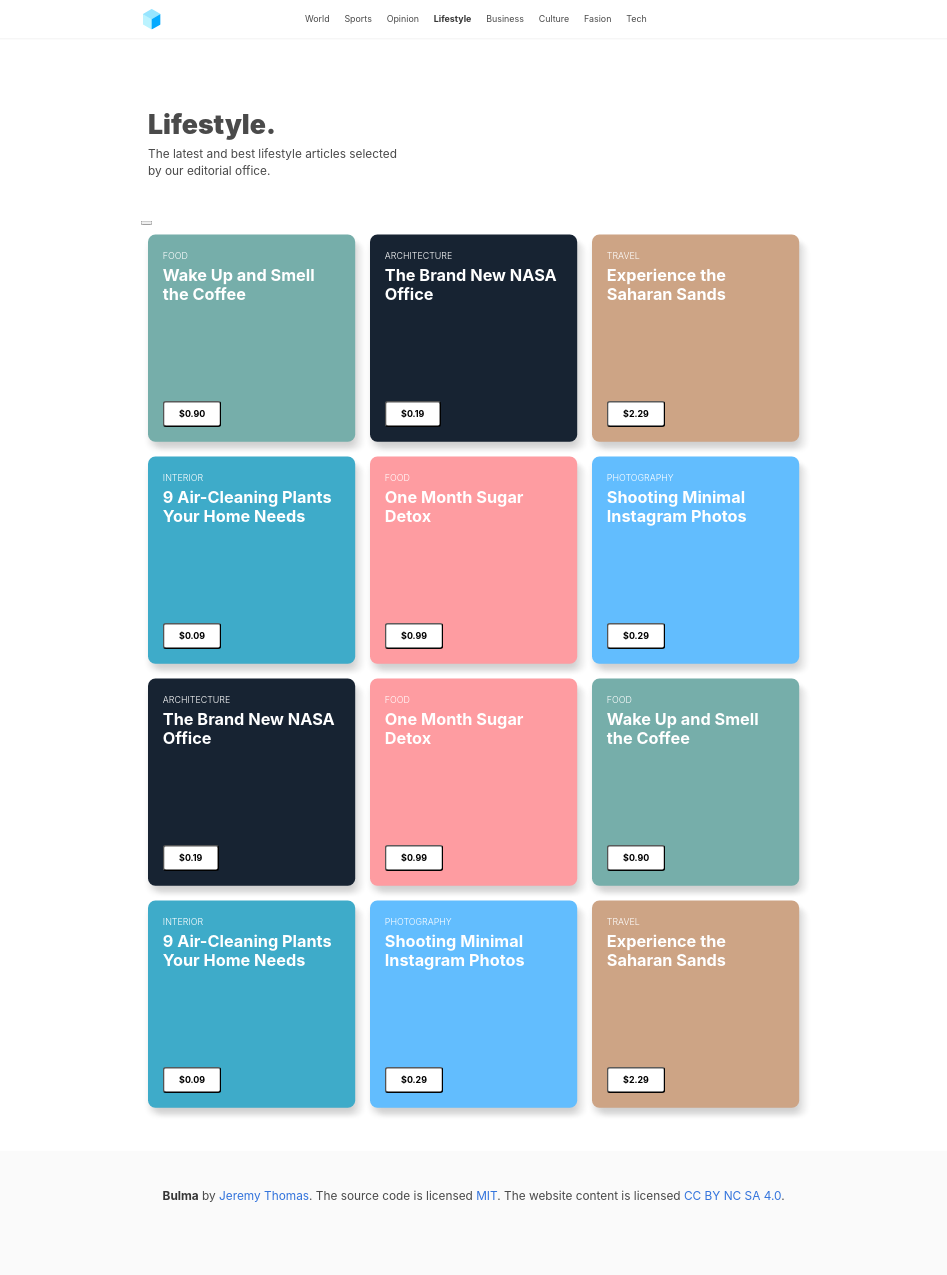
Repository: DOODpls/js_ass1
Page: index.html
These files come from the project's save history. The page is drawn as it stood at one moment and after the next save; the edit follows.
The browser window is 1280 px wide. The pictures show the whole page, at 74% of full size.
After loading, the first visible `#butt1` was clicked once.

Above is the page before, as saved 2019-11-22 19:21:33.

### index.html
<!DOCTYPE html>
<html>
<head>
    <title></title>
    <link rel="stylesheet" href="https://cdnjs.cloudflare.com/ajax/libs/bulma/0.7.5/css/bulma.min.css" integrity="sha256-vK3UTo/8wHbaUn+dTQD0X6dzidqc5l7gczvH+Bnowwk=" crossorigin="anonymous" />
    <link rel="stylesheet" type="text/css" href="./styles.css">
</head>
<body>

    <nav class="navbar">
        <div class="container">
            <div class="logo"></div>
            <ul>
                <li>World</li>
                <li>Sports</li>
                <li>Opinion</li>
                <li><strong>Lifestyle</strong></li>
                <li>Business</li>
                <li>Culture</li>
                <li>Fasion</li>
                <li>Tech</li>
            </ul>
            <span class="icon">
              <i class="ion-ionic" style='color: black; background: black;'></i>
            </span>
        </div>
    </nav>

    <section class="section">
        <div class="container">
            <div style='margin: 40px 10px 40px'>
                <h1>Lifestyle.</h1>
                <p>The latest and best lifestyle articles selected<br/>
                    by our editorial office.
                </p>
            </div>
        </div>
        <div class="container">
            <div class='card-row' id='content'></div>
        </div>
    </section>

    <footer class="footer">
        <div class="content has-text-centered">
            <p>
                <strong>Bulma</strong> by <a href="https://jgthms.com">Jeremy Thomas</a>. The source code is licensed
                <a href="http://opensource.org/licenses/mit-license.php">MIT</a>. The website content
                is licensed <a href="http://creativecommons.org/licenses/by-nc-sa/4.0/">CC BY NC SA 4.0</a>.
            </p>
        </div>
    </footer>

    <script type="text/javascript" src='./app.js'></script>
</body>
</html>

### styles.css
/* - - - - - - - - - - - - - - - - - - - - - - - - - - - - - -
GENERAL
- - - - - - - - - - - - - - - - - - - - - - - - - - - - - - */
h1 {
    font-size: 36px;
    font-weight: 900;
}

.container {
    max-width: 900px;
}

/* - - - - - - - - - - - - - - - - - - - - - - - - - - - - - -
NAV
- - - - - - - - - - - - - - - - - - - - - - - - - - - - - - */
nav {
    border-bottom: 1px solid #ededed;
}

.navbar > .container {
    display: flex;
    align-items: center;
    justify-content: space-between;
}

nav .container ul {
    display: flex;
}

nav .container ul li {
    margin: 0 10px;
    font-size: 12px;
}

.logo {
    background: url('./img/logo.svg');
    background-size: 24px;
    background-position: center;
    background-repeat: no-repeat;

    height: 30px;
    width: 30px;
}

@media (max-width: 600px) {
    nav .container {
        padding: 0 30px;
    }

    nav .container ul {
        display: none;
    }
}

/* TILES */
.card-row {
    display: flex;
    flex-wrap: wrap;
}

.card {
    height: 280px;
    border-radius: 10px;
    background: rgba(23, 35, 50, 1);
    flex: 1 230px;
    margin: 10px;
    padding: 20px;
    position: relative;
    box-shadow: 2px 8px 9px 0px rgba(0, 0, 0, 0.14),
        11px 11px 6px rgba(0, 0, 0, 0.05);
}

.card .buy-button {
    position: absolute;
    bottom: 20px;
    left: 20px;
    background: white;
    color: black;
    border-radius: 4px;
    padding: 8px 20px;
    font-size: 12px;
    font-weight: 700;
}

.card .topic {
    color: white;
    font-weight: 300;
    font-size: 12px;
    text-transform: uppercase;
    margin-bottom: 5px;
}
.card .title {
    color: white;
    font-weight: 700;
    font-size: 22px;
}

### app.js
const green = 'rgba(118,174, 170, 1)'
const black = 'rgba(23,35, 50, 1)'
const brown = 'rgba(205,164, 133, 1)'
const greenblue = 'rgba(62,171, 201, 1)'
const pink = 'rgba(254,156, 161, 1)'
const blue = 'rgba(98,189, 254, 1)'

const data = [
    {
        topic: 'Food',
        title: 'Wake Up and Smell the Coffee',
        price: '$0.90',
        color: green
    },
    {
        topic: 'Architecture',
        title: 'The Brand New NASA Office',
        price: '$0.19',
        color: black
    },
    {
        topic: 'Travel',
        title: 'Experience the Saharan Sands',
        price: '$2.29',
        color: brown
    },
    {
        topic: 'Interior',
        title: '9 Air-Cleaning Plants Your Home Needs',
        price: '$0.09',
        color: greenblue
    },
    {
        topic: 'Food',
        title: 'One Month Sugar Detox',
        price: '$0.99',
        color: pink
    },
    {
        topic: 'Photography',
        title: 'Shooting Minimal Instagram Photos',
        price: '$0.29',
        color: blue
    }
]

// Instructions
// Take the data above and display it as tiles on the page


    // for(i=0; i<data.length; i++){
    //     let heig
    //     if(i % 2 == 0){
    //         heig = '500px'
    //     }

    //     const tilers = document.querySelector('#content')
    //     const divr = document.createElement('div')
    //     divr.className= 'card'
    //     divr.style.backgroundColor = data[i].color
    //     divr.style.flex = heig
    //     divr.id = 'divtile'+ i
    //     tilers.appendChild(divr)

    //     const p1 = document.querySelector('#divtile'+i)
    //     const pr1 = document.createElement('p')
    //     pr1.textContent = data[i].topic
    //     pr1.className= 'topic'
    //     p1.appendChild(pr1)

    //     const p2 = document.querySelector('#divtile'+i)
    //     const pr2 = document.createElement('p')
    //     pr2.textContent = data[i].title
    //     pr2.className= 'title'
    //     p2.appendChild(pr2)

    //     const btn1 = document.querySelector('#divtile'+i)
    //     const btr2 = document.createElement('button')
    //     btr2.textContent = data[i].price
    //     btr2.className= 'buy-button'
    //     btn1.appendChild(btr2)
    // }

    function looop(){
      data.forEach(function(item)
    {
        const tilers = document.querySelector('#content')
        const divr = document.createElement('div')
        divr.className = 'card'
        divr.style.backgroundColor = item.color
        tilers.appendChild(divr)

        const pr1 = document.createElement('p')
        pr1.textContent = item.topic
        pr1.className= 'topic'
        divr.appendChild(pr1)

        const pr2 = document.createElement('p')
        pr2.textContent = item.title
        pr2.className= 'title'
        divr.appendChild(pr2)

        const btr2 = document.createElement('button')
        btr2.textContent = item.price
        btr2.className= 'buy-button'
        divr.appendChild(btr2)
    })
    }
    looop();

    // tried to do sort, but i suck
    const button1 = document.querySelector('body section .container')
    const btn1 = document.createElement('button')
    btn1.className= 'buy-button'
    btn1.id = "butt1"
    button1.appendChild(btn1)

    function sort1(){
        data.sort((a, b) => (a.topic > b.topic) ? 1 : -1)
    }

    const button2 = document.querySelector('#butt1')
    button2.addEventListener('click', function(event) {
        sort1();
        looop();
    })

    //this one also works lolllll
    // data.forEach(function(items)
    // {
    // //   document.getElementById('content').innerHTML += '<div class="card" style="background-color:'+items.color+'"><p class="topic">'+items.topic+'</p><p class="title">'+items.title+'</p><button class="buy-button">'+items.price+'</button></div>';
    // })

After the next save:
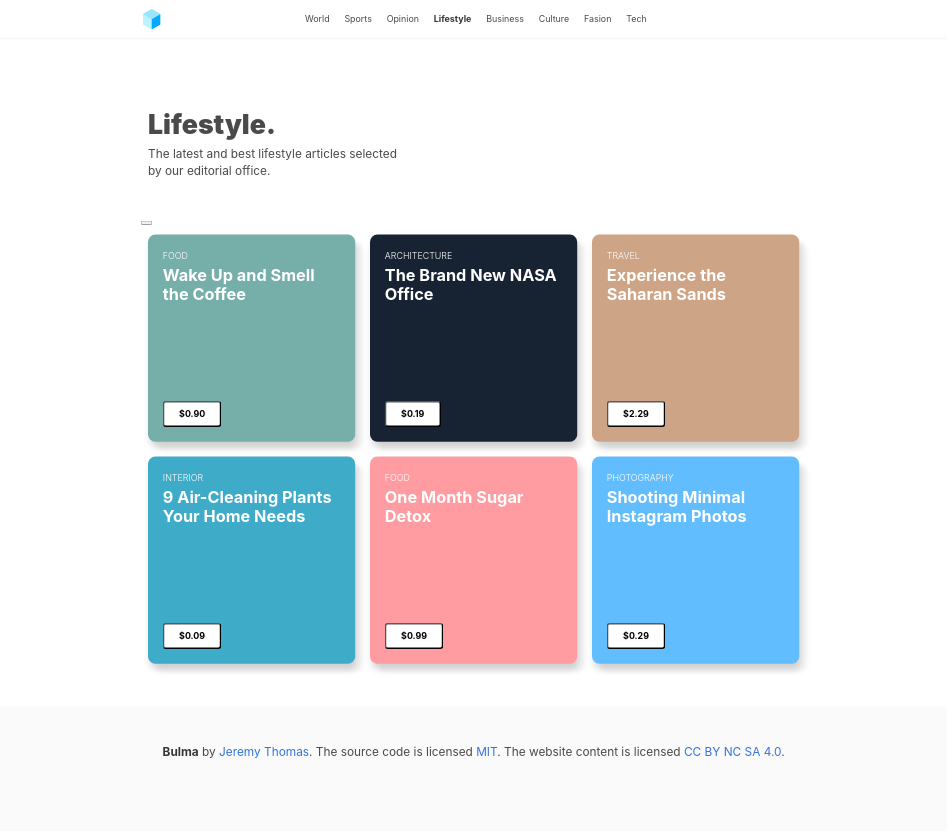
Console error (its wording comes from the project's code and is left out).
Saved 30 s later.
--- a/app.js
+++ b/app.js
@@ -121,7 +121,9 @@
 
     const button2 = document.querySelector('#butt1')
     button2.addEventListener('click', function(event) {
+      const tilers = document.querySelector('#content')
         sort1();
+        tilers.removeChild();
         looop();
     })
 

After the 2 saves that followed:
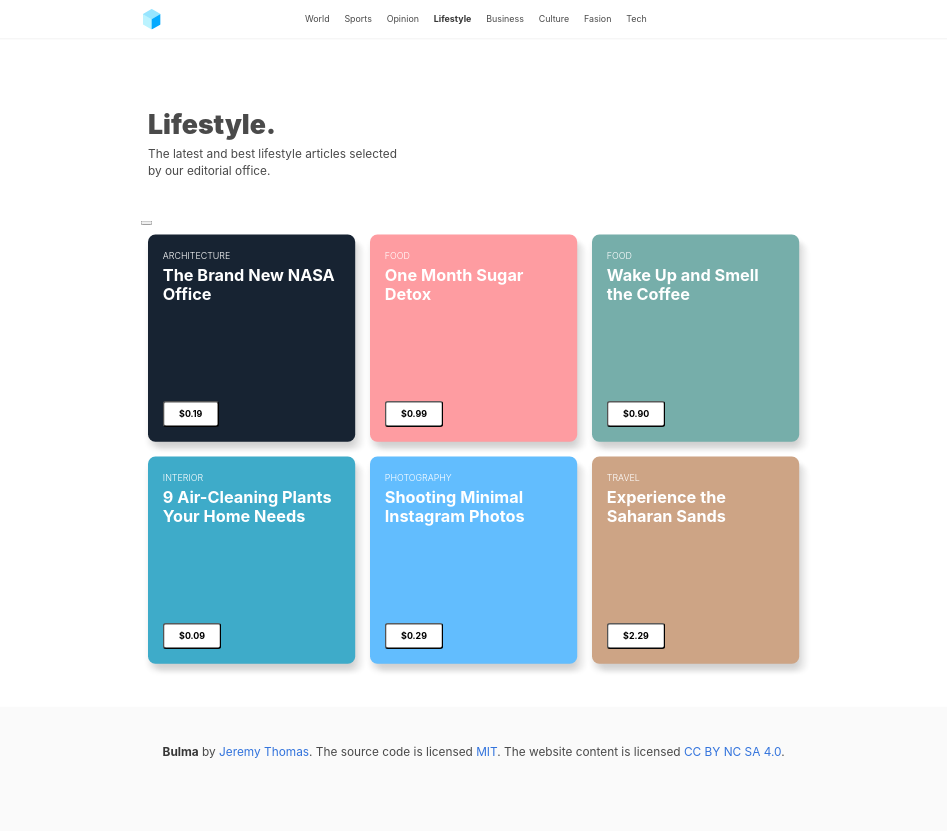
The error is gone.
The 2 saves are shown as one change because 1 left the picture as it was.
The last was saved 111 s later.
--- a/app.js
+++ b/app.js
@@ -123,7 +123,7 @@
     button2.addEventListener('click', function(event) {
       const tilers = document.querySelector('#content')
         sort1();
-        tilers.removeChild();
+        tilers.innerHTML = "";
         looop();
     })
 
